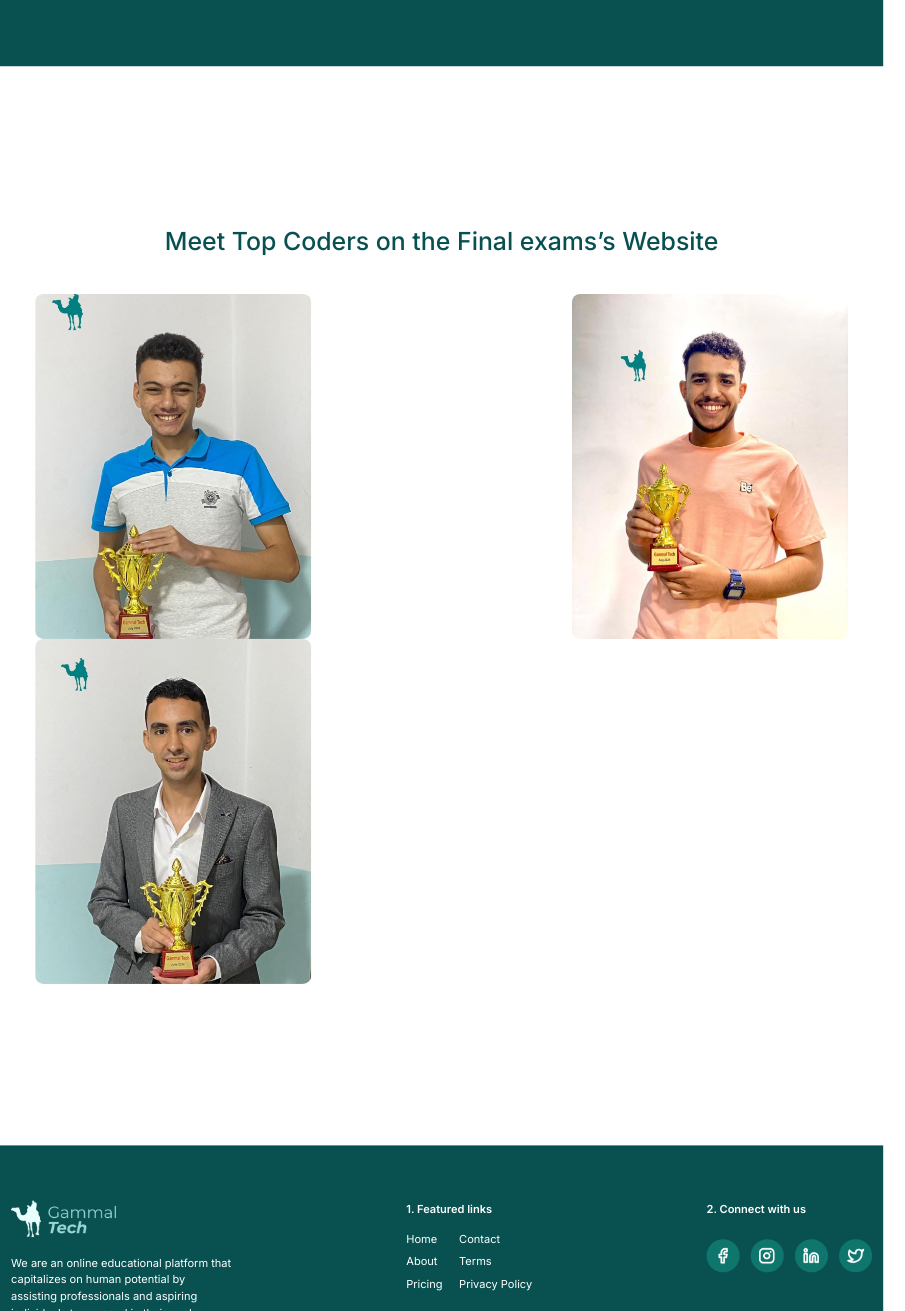
Repository: Ahmed77669/Internship-test
Page: /
These files come from the project's save history. The page is drawn as it stood at one moment and after the next save; the edit follows.
The browser window is 1280 px wide. The page is 1311 px wide, so the pictures cover 1311 px, including what lies to the right of the window. The pictures show the part of the page from y = 3471 to 5371 px (the page is 5515 px tall), at 69% of full size.
The project was rebuilt for these pictures with package versions that can differ from the ones it lists, and the page was loaded fresh each time. The framework's server and built-in components were replaced by stand-ins that run in the browser. Also part of the build but not shown: next.config.mjs.

Above is the page before, as saved 2024-10-13 23:48:22.

### app/layout.tsx
import type { Metadata } from "next";
import localFont from "next/font/local";
import "./globals.css";
import NavBarHome from "@/components/Navbar";
import { Inter } from "next/font/google";
import Footer from "@/components/Footer/Footer";

const inter = Inter({
  subsets: ["latin"],
});
const geistSans = localFont({
  src: "./fonts/GeistVF.woff",
  variable: "--font-geist-sans",
  weight: "100 900",
});
const geistMono = localFont({
  src: "./fonts/GeistMonoVF.woff",
  variable: "--font-geist-mono",
  weight: "100 900",
});

export const metadata: Metadata = {
  title: "Create Next App",
  description: "Generated by create next app",
};

export default function RootLayout({
  children,
}: Readonly<{
  children: React.ReactNode;
}>) {
  return (
    <html lang="en">
      <body
        className={`${geistSans.variable} ${geistMono.variable} antialiased ${inter.className}`}
      >
        <NavBarHome />
        {children}
        <Footer />
      </body>
    </html>
  );
}

### app/page.tsx
import NavBarHome from "@/components/Navbar";
import Home_1 from "@/components/Home_1";
import Image from "next/image";

export default function Home() {
  return (
      <main>
        <Home_1 />
      </main>

  );
}

### app/globals.css
@tailwind base;
@tailwind components;
@tailwind utilities;

:root {
  --background: #ffffff;
  /* --foreground: #171717; */
}

@media (prefers-color-scheme: dark) {
  :root {
    /* --background: #0a0a0a; */
    --foreground: #ededed;
  }
}

body {
  color: var(--foreground);
  background: var(--background);
  font-family: Arial, Helvetica, sans-serif;
}

@layer utilities {
  .text-balance {
    text-wrap: balance;
  }
}

### components/Navbar.tsx
"use client";
import React, { useState, useRef, useEffect } from "react";
import GT_logo from "@/public/Component 6.png";
import Link from "next/link";
import { Inter } from "next/font/google";
import Image from "next/image";
import { useRouter } from "next/navigation";

const inter = Inter({
  subsets: ["latin"],
  weight: ["100", "200", "300", "400", "500", "600", "700"],
});

const NavBarHome = () => {
  const [isOpen, setIsOpen] = useState(false);
  const menuRef = useRef(null);
  const router = useRouter();

  const route = (page: string) => {
    router.push(page);
  };

  const handleOutsideClick = (event: { target: any; }) => {
    if (menuRef.current && !menuRef.current.contains(event.target)) {
      setIsOpen(false);
    }
  };

  useEffect(() => {
    document.addEventListener("mousedown", handleOutsideClick);
    return () => {
      document.removeEventListener("mousedown", handleOutsideClick);
    };
  }, []);

  const toggleMenu = () => {
    setIsOpen((prev) => !prev);
  };

  return (
    <div className={`py-5 container mx-auto ${inter.className} w-[92%]`}>
      <nav className="relative">
        <ul className="flex justify-between items-center">
          <li className="min-w-[152px]">
            <Link href="/">
              <Image
                src={GT_logo}
                alt="Gammal Tech Logo"
                width={130}
                className="cursor-pointer"
              />
            </Link>
          </li>
          <div className="hidden md:flex space-x-5">
            <Link href="/" className="text-[#007676] text-[18px] font-normal flex items-center">Home</Link>
            <Link href="/pricing" className="text-[#007676] text-[18px] font-normal flex items-center">Pricing</Link>
            {/* <Link href="/contests" className="text-[#007676] text-[18px] font-normal flex items-center">Contests</Link> */}
            {/* <Link href="/ai-challenge" className="text-[#007676] text-[18px] font-normal flex items-center">AI Challenge</Link> */}
            {/* <Link href="/rank" className="text-[#007676] text-[18px] font-normal flex items-center">Rank</Link> */}
            <Link href="/about" className="text-[#007676] text-[18px] font-normal flex items-center">About</Link>
            <Link href="/about" className="text-[#007676] text-[18px] font-normal flex items-center">Contact Us</Link>

            <button
              onClick={() => route("/")}
              className="bg-[#007676] text-white rounded-md w-[156px] h-[50px] text-[16px] font-semibold  py-1 px-3 transition-all duration-300 ease-in-out hover:bg-[#005555] hover:shadow-lg"
            >
              GET STARTED
            </button>

          </div>
          <div className="md:hidden flex items-center">
            <button onClick={toggleMenu} className="text-[#007676] focus:outline-none">
              {/* {isOpen ? (
                <FaTimes className="text-2xl" />
              ) : (
                <FaBars className="text-2xl" />
              )} */}
            </button>
          </div>
        </ul>

        {isOpen && (
          <div
            ref={menuRef}
            className="absolute right-0 mt-2 w-48 bg-white shadow-lg rounded-lg z-20 transition-transform transform origin-top-right scale-100 mx-4"
          >
            <div className="flex flex-col">
              <Link
                href="/"
                className="text-[#007676] text-lg font-semibold hover:bg-[#f0f0f0] transition duration-200 p-3 rounded-lg"
                onClick={() => setIsOpen(false)}
              >
                Home
              </Link>
              <Link
                href="/pricing"
                className="text-[#007676] text-lg font-semibold hover:bg-[#f0f0f0] transition duration-200 p-3 rounded-lg"
                onClick={() => setIsOpen(false)}
              >
                Pricing
              </Link>
              <Link
                href="/contests"
                className="text-[#007676] text-lg font-semibold hover:bg-[#f0f0f0] transition duration-200 p-3 rounded-lg"
                onClick={() => setIsOpen(false)}
              >
                Contests
              </Link>
              <Link
                href="/ai-challenge"
                className="text-[#007676] text-lg font-semibold hover:bg-[#f0f0f0] transition duration-200 p-3 rounded-lg"
                onClick={() => setIsOpen(false)}
              >
                AI Challenge
              </Link>
              <Link
                href="/rank"
                className="text-[#007676] text-lg font-semibold hover:bg-[#f0f0f0] transition duration-200 p-3 rounded-lg"
                onClick={() => setIsOpen(false)}
              >
                Rank
              </Link>
              <Link
                href="/about"
                className="text-[#007676] text-lg font-semibold hover:bg-[#f0f0f0] transition duration-200 p-3 rounded-lg"
                onClick={() => setIsOpen(false)}
              >
                About Us
              </Link>
            </div>
          </div>
        )}
      </nav>
    </div>
  );
};

export default NavBarHome;

### components/Footer/Footer.tsx
import React from 'react';
import Image from "next/image";
import footerLogo from "@/public/gammalTech-logos/footer-logo.png";
import Link from 'next/link';
import linkdin from "@/public/socialmediaIcons/linkdin.png";
import facebook from "@/public/socialmediaIcons/Facebook.png";
import instagram from "@/public/socialmediaIcons/Instagram.png";
import twitter from "@/public/socialmediaIcons/Twitter.png";

const Footer = () => {
  return (

      <section className= "bg-[#095051] py-20 min-h-96 h-auto">
        <div className="container mx-auto px-4 ">
          <div className="flex justify-between flex-wrap ">
            <div className='mb-10'>
              <div className="mb-6">
                <Image src={footerLogo} alt='Gammal Tech Logo' width={152} />
              </div>
              <div className="text-white w-80">
                We are an online educational platform that capitalizes on human potential by assisting professionals and aspiring individuals to succeed in their goals.
              </div>
            </div>

            <div className="text-white flex flex-col mb-10">
              <p className="font-semibold mb-5">1. Featured links</p>
              <div className="flex justify-between ">
                <div className="space-y-2 mr-6">
                  <p className='cursor-pointer'>Home</p>
                  <p className='cursor-pointer'>About</p>
                  <p className='cursor-pointer'>Pricing</p>
                </div>
                <div className="space-y-2">
                  <p className='cursor-pointer'>Contact</p>
                  <p className='cursor-pointer'>Terms</p>
                  <p className='cursor-pointer'>Privacy Policy</p>
                </div>
              </div>
            </div>

            <div>
              <p className="text-white font-semibold mb-8">2. Connect with us</p>
              <div className="flex space-x-4">
                <Link href="https://www.facebook.com/gammal.tech/?locale=ar_AR" passHref target='_blank'>
                  <div className="w-12 h-12 bg-teal-700 rounded-full flex items-center justify-center cursor-pointer">
                    <Image src={facebook} alt='Facebook Logo' />
                  </div>
                </Link>
                <Link href="https://www.instagram.com/gammal.tech/?hl=ar" passHref target='_blank'>
                  <div className="w-12 h-12 bg-teal-700 rounded-full flex items-center justify-center cursor-pointer">
                    <Image src={instagram} alt='Instagram Logo' />
                  </div>
                </Link>
                <Link href="https://www.linkedin.com/company/gammal-tech/" passHref target='_blank'>
                  <div className="w-12 h-12 bg-teal-700 rounded-full flex items-center justify-center cursor-pointer">
                    <Image src={linkdin} alt='LinkedIn Logo' />
                  </div>
                </Link>
                <Link href="https://x.com/gammaltech?lang=ar" passHref target='_blank'>
                  <div className="w-12 h-12 bg-teal-700 rounded-full flex items-center justify-center cursor-pointer">
                    <Image src={twitter} alt='Twitter Logo' />
                  </div>
                </Link>
              </div>
            </div>
          </div>
        </div>
      </section>
  );
};

export default Footer;

### components/Home_1.tsx
import React from "react";
import Image from "next/image";
import lang from "@/public/landingPage-photos/lang.png";
import AI from "@/public/landingPage-photos/AI.png";
import coder1 from '@/public/coders photos/coder1.jpg'
import coder2 from '@/public/coders photos/coder2.jpg'
import coder3 from '@/public/coders photos/coder3.jpg'

const Home = () => {
  return (
    <section className="mt-[10%]">
      <div className="w-[92%] container mx-auto flex flex-col lg:flex-row justify-between flex-wrap">
        <div className="w-full lg:w-[660px] mb-10 lg:mb-0">
          <div className="text-[#094546] text-3xl lg:text-5xl leading-[40px] lg:leading-[60px]">
            The Engaging and Effective Way to Master Programming
          </div>

          <p className="text-black w-full lg:w-2/3 text-lg lg:text-xl mt-6 lg:mt-8 leading-[30px] lg:leading-[40px]">
            Take interactive exams and challenges designed to make learning fun
            and impactful. Start your journey toward becoming a coding expert
            today!
          </p>

          <button
            className="bg-[#007676] text-white rounded-md w-[156px] h-[50px] text-[16px] font-semibold py-1 px-3 transition-all duration-300 ease-in-out hover:bg-[#005555] hover:shadow-lg mt-6 lg:mt-8"
          >
            GET STARTED
          </button>
        </div>

        <div className="bg-black rounded-md w-full lg:w-[500px] h-[350px] lg:h-[450px] p-5 lg:p-10">
          <pre className="text-[#4ADE80] text-sm lg:text-base overflow-auto">
            {`#include <stdio.h>

int main() {
    int year;

    printf("Enter a year: ");
    scanf("%d", &year);

    if ((year % 100 != 0 && year % 4 == 0)) {
        printf("%d is a leap year.\\n", year);
    } else {
        printf("%d is not a leap year.\\n", year);
    }

    return 0;
}`}
          </pre>
        </div>
      </div>

      <div className="bg-[#095051] mt-[12%] mb-[12%] py-36 min-h-[800px]">
        <div className="w-[92%] container mx-auto flex flex-col lg:flex-row justify-between">
          <div className="w-full lg:w-[700px] mb-10 lg:mb-0">
            <div className="text-white text-3xl lg:text-5xl leading-[40px] lg:leading-[60px]">
              Practice Over 30 Programming Languages!
            </div>

            <p className="text-white w-full lg:w-2/3 text-lg lg:text-xl mt-6 lg:mt-8 leading-[30px] lg:leading-[40px]">
              Enhance your skills with exams in over 30 programming languages.
              Our premium service offers a comprehensive and engaging way to
              advance your coding expertise.
            </p>

            <button
              className="bg-[#ffffff] text-[#007676] rounded-md w-[156px] h-[50px] text-[16px] font-semibold py-1 px-3 transition-all duration-300 ease-in-out hover:bg-opacity-95 hover:shadow-lg mt-6 lg:mt-8"
            >
              Try it
            </button>
          </div>

          <div className="rounded-md w-full lg:w-[500px] h-auto flex justify-center">
            <Image src={lang} alt="programming languages photo" />
          </div>
        </div>
      </div>

      <div className="w-[92%] container mx-auto flex flex-col lg:flex-row justify-between mb-52">
        <div className="w-full lg:w-[700px] mb-10 lg:mb-0">
          <div className="text-[#095051] text-3xl lg:text-5xl leading-[40px] lg:leading-[60px]">
            AI Challenge
          </div>

          <p className="text-black w-full lg:w-2/3 text-lg lg:text-xl mt-6 lg:mt-8 leading-[30px] lg:leading-[40px]">
            Try our AI Challenge, which customizes exercises based on your skills and experience to help you grow even faster.
          </p>

          <button
            className="bg-[#007676] text-[#ffffff] rounded-md w-[156px] h-[50px] text-[16px] font-semibold py-1 px-3 transition-all duration-300 ease-in-out hover:bg-opacity-95 hover:shadow-lg mt-6 lg:mt-8"
          >
            Try it
          </button>
        </div>

        <div className="rounded-md w-full lg:w-[400px] flex justify-center">
          <Image src={AI} alt="AI Challenge" />
        </div>
      </div>

      <div className="w-[92%] container mx-auto mb-14">
        <div className="text-[#095051] font-medium text-3xl lg:text-5xl flex justify-center mb-10 lg:mb-16">
          How The Final Exam in Gammal Tech Looks
        </div>
        <div className="flex justify-center">
          <iframe
            src="https://player.vimeo.com/video/914890102?h=31941f72b5"
            width="100%"
            height="360"
            allow="autoplay; fullscreen; picture-in-picture"
            className="rounded-xl"
            allowFullScreen
          ></iframe>
        </div>
      </div>

      <div className="bg-[#095051] mt-[12%] mb-[12%] py-20 min-h-[400px]">
        <div className="w-[92%] container mx-auto">
          <div className="flex justify-center text-3xl lg:text-4xl text-white mb-10 lg:mb-14">Gammal Tech exam’s success stories</div>
          <div className="flex flex-col lg:flex-row justify-between space-y-6 lg:space-y-0 lg:space-x-5">
            {["Oqkr13uO0l0", "W7vnW2IOP3c", "zZZK00r7qM8", "-dkVLXDhFJM"].map((id, index) => (
              <iframe
                key={index}
                src={`https://www.youtube.com/embed/${id}?si=tVq1cUpqDLvFm3u9`}
                width="100%"
                height="280"
                allow="autoplay; fullscreen; picture-in-picture"
                className="rounded-xl transition-transform duration-300 hover:scale-110 mb-4"
                allowFullScreen
              ></iframe>
            ))}
          </div>
        </div>
      </div>

      <div className="mt-[12%] mb-[12%] py-20 min-h-[400px]">
        <div className="w-[92%] container mx-auto">
          <div className="flex justify-center text-3xl lg:text-4xl text-[#095051] mb-10 lg:mb-14 font-medium">
            Meet Top Coders on the Final exams’s Website
          </div>
          <div className="flex flex-col lg:flex-row justify-between space-y-6 lg:space-y-0 items-center flex-wrap">
            {[coder1, coder2, coder3].map((coder, index) => (
              <Image
                key={index}
                src={coder}
                width={400}
                alt="coder photo"
                className="rounded-xl transform transition-transform duration-300 hover:scale-110 cursor-pointer"
              />
            ))}
          </div>
        </div>
      </div>
    </section>
  );
};

export default Home;

Loaded but not shown: tailwind.config.ts (common file)

After the next save:
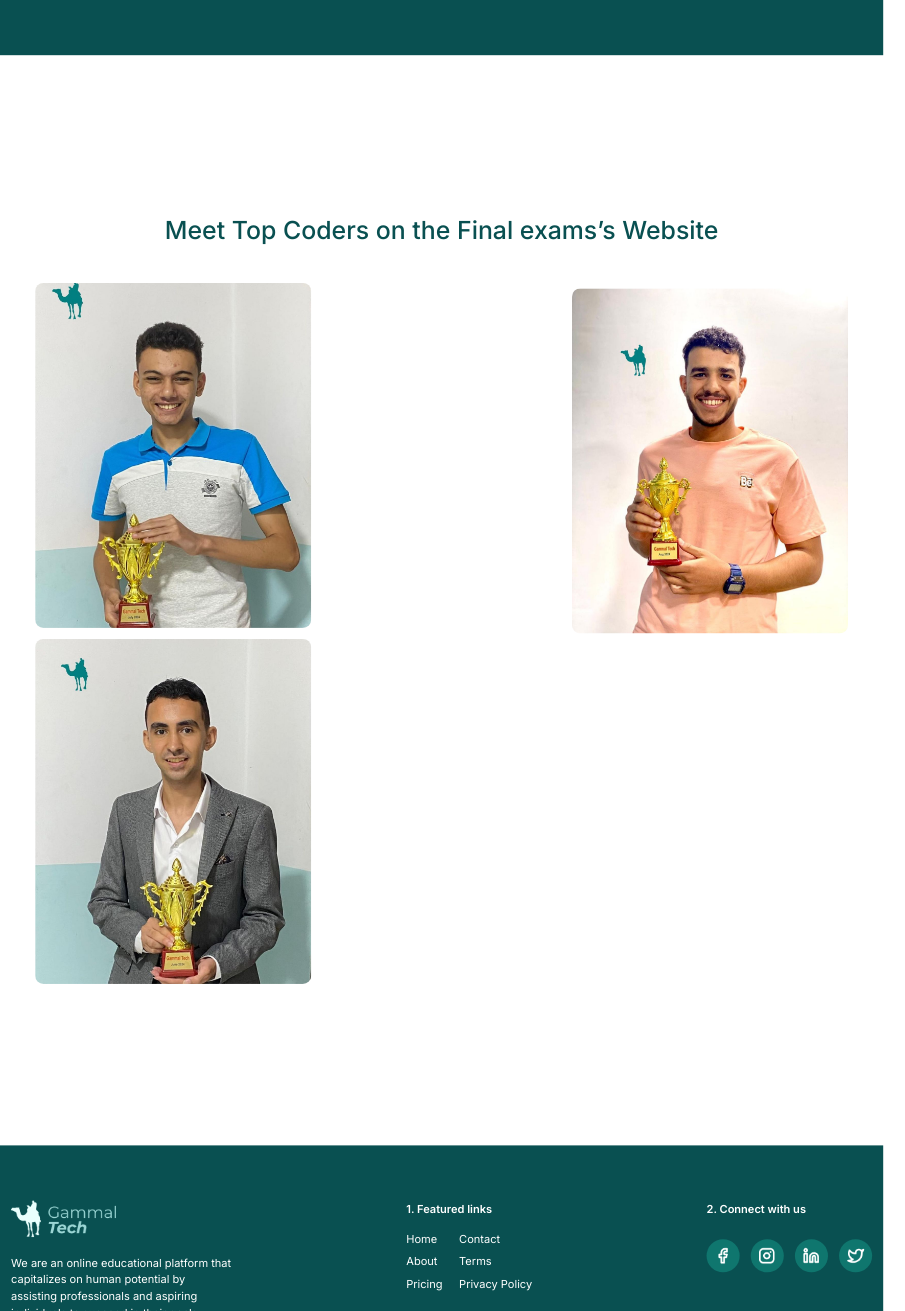
Saved 29 s later.
--- a/components/Home_1.tsx
+++ b/components/Home_1.tsx
@@ -125,7 +125,7 @@
                 width="100%"
                 height="280"
                 allow="autoplay; fullscreen; picture-in-picture"
-                className="rounded-xl transition-transform duration-300 hover:scale-110 mb-4"
+                className="rounded-xl transition-transform duration-300 hover:scale-110 "
                 allowFullScreen
               ></iframe>
             ))}
@@ -145,7 +145,7 @@
                 src={coder}
                 width={400}
                 alt="coder photo"
-                className="rounded-xl transform transition-transform duration-300 hover:scale-110 cursor-pointer"
+                className="rounded-xl transform transition-transform duration-300 hover:scale-110 cursor-pointer mb-4"
               />
             ))}
           </div>
